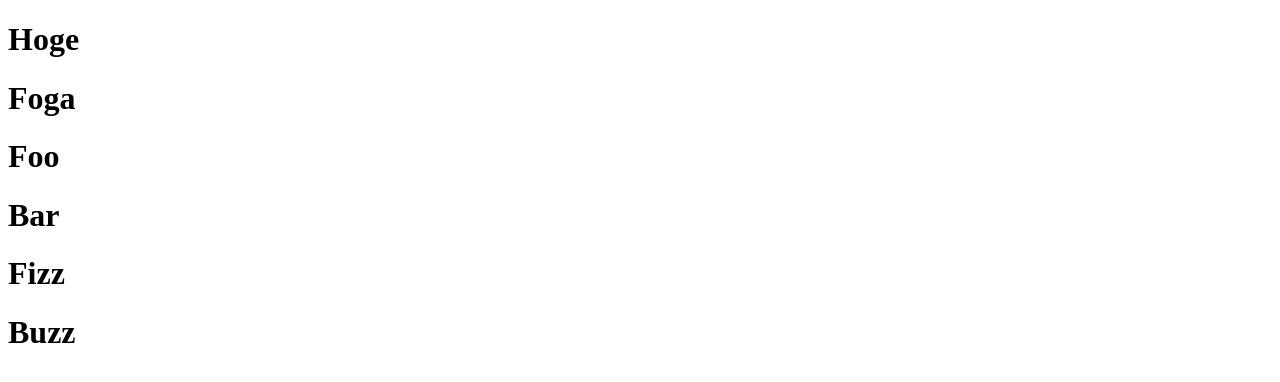
Repository: IkutoHiroki/samurai_HTML_CSS
Page: grid_Sample2.html
The author's editor kept a record of every edit. The page is drawn from the files as they stood at one moment, then again after the next edit.
The browser window is 1280 px wide. The pictures show the whole page.

Above is the page before.

After the next edit:
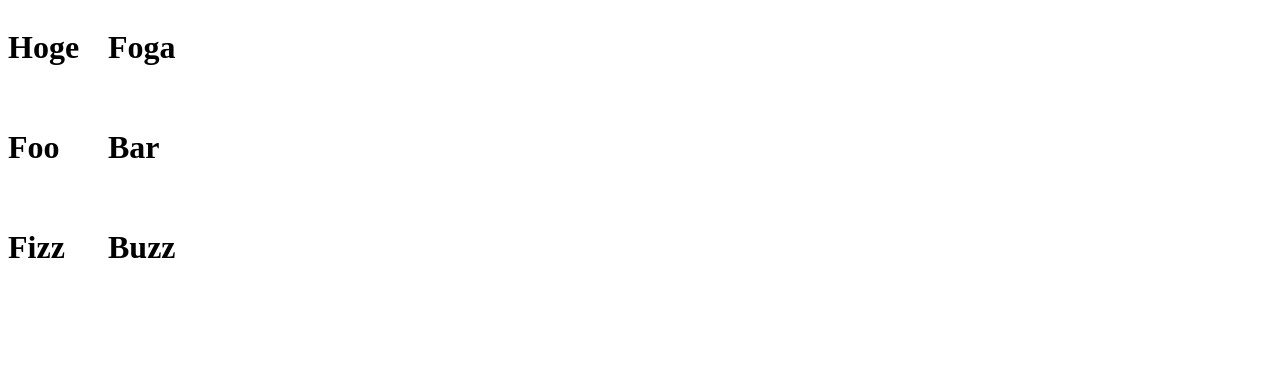
The edit:
--- a/grid_Sample2.html
+++ b/grid_Sample2.html
@@ -6,7 +6,9 @@
 
     <style>
         #grid{
-
+            display:grid;
+            grid-template-columns:100px 100px;
+            grid-template-rows:100px 100px 100px;
         }
 
     </style>
